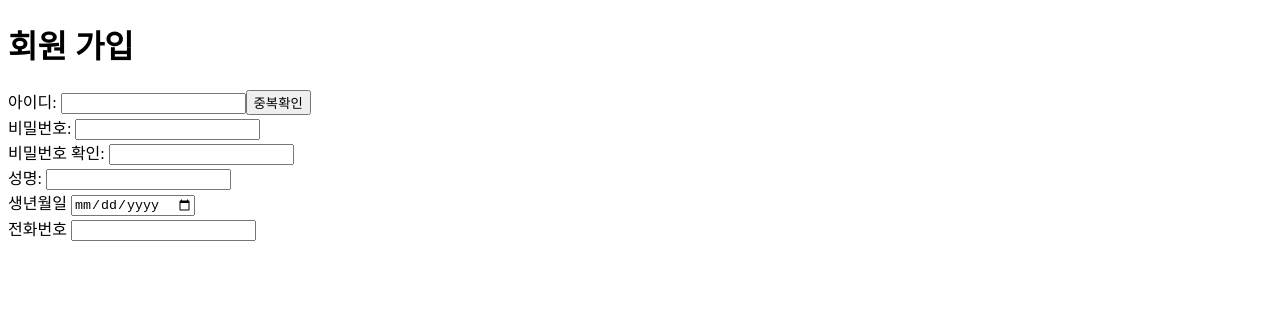
Repository: Chojaejun/javastudy
Page: HelloWorld/WebContent/Test5.html
An editor plug-in stored every save of this project. The page is shown before and after the next save, followed by the edit.
The browser window is 1280 px wide. The pictures show the whole page.

Above is the page before, as saved 2020-12-07 03:33:18.

After the next save:
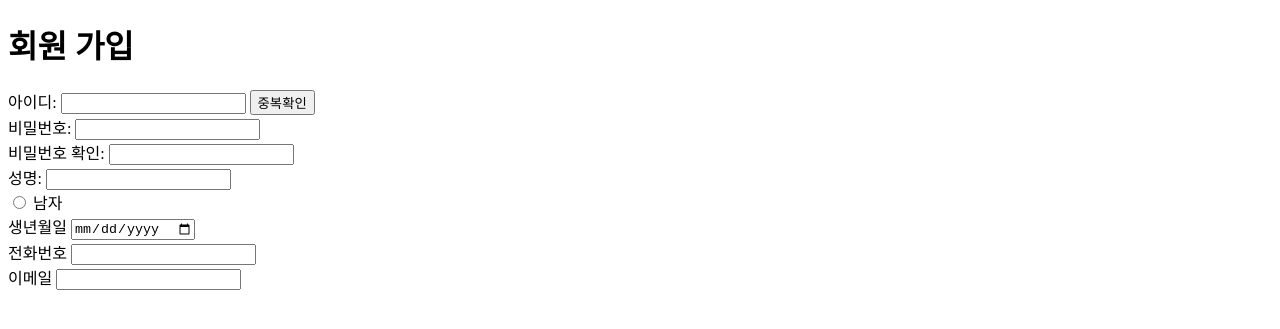
Saved 3 min 39 s later.
--- a/HelloWorld/WebContent/Test5.html
+++ b/HelloWorld/WebContent/Test5.html
@@ -8,7 +8,8 @@
 <h1>회원 가입</h1>
 <form action="Test6.html" method="post">
 <label for="id">아이디: </label>
-<input id="id" name="id"><button> 중복확인</button>
+<input id="id" name="id">
+<button> 중복확인</button>
 <br>
 <label for="ps1">비밀번호: </label>
 <input id="ps1" type="password" name="ps1">
@@ -19,13 +20,18 @@
 <label for="name">성명: </label>
 <input id="name" name="name">
 <br>
+<input id="men" type="radio" name="tr" value="men">
+<label for="men">남자</label>
+<br>
 <label for="birth">생년월일</label>
 <input id="birth" type="date" name="birth">
 <br>
 <label for="tel">전화번호</label>
 <input id="tel" type="tel" name="tel">
 <br>
-
+<label for="email">이메일</label>
+<input id="email" type="email" name="email">
+<br>
 
 
 
